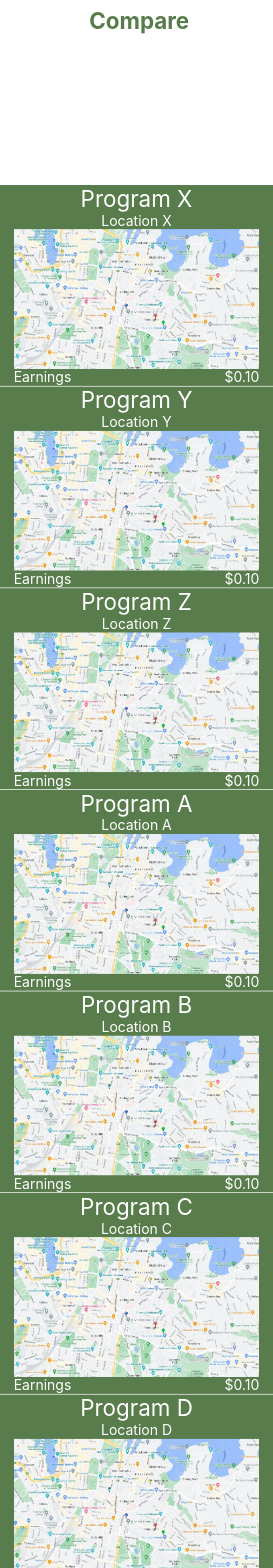
Repository: ct-pham/COMP4511
Screen: / (app in comp4511/)
An editor plug-in stored every save of this project. The screen is shown before and after the next save, followed by the edit.
The pictures show rows 0 to 2240 of an output 2641 px tall, at 70% of full size.
An inner scrolling area shows only its first screen. The app was drawn by React Native's web renderer in a window 390 px wide. The project was rebuilt for these pictures with package versions that can differ from the ones it lists, and the page was loaded fresh each time. Also part of the build but not shown: comp4511/Components/Homepage.js, comp4511/Components/AllEarnings.js, comp4511/Components/ProgramEarnings.js, comp4511/Components/Register.js, comp4511/Components/Login.js.

Above is the screen before, as saved 2022-11-09 19:28:28.

After the next save:
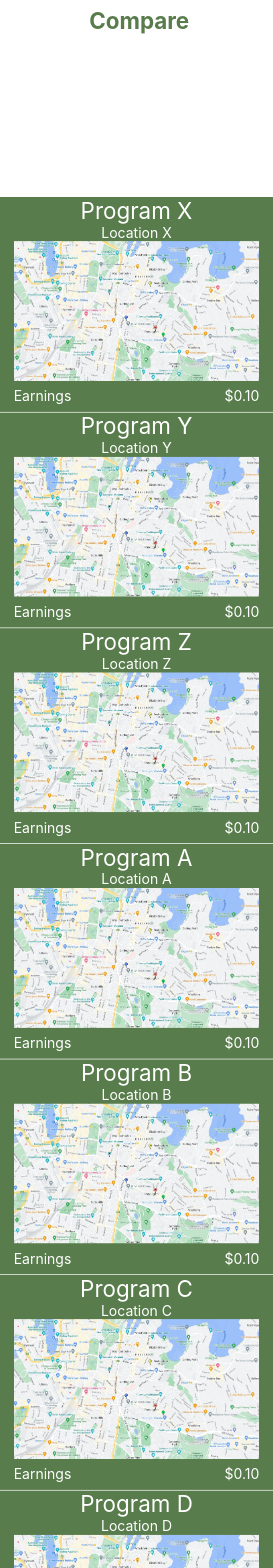
Saved 17 s later.
--- a/comp4511/Components/compareProgram/Items.js
+++ b/comp4511/Components/compareProgram/Items.js
@@ -58,6 +58,8 @@ const styles = StyleSheet.create({
         flexDirection: 'row',
         justifyContent: 'space-between',
         width: '90%',
+        marginTop: 10,
+        marginBottom: 10,
     },
 
     programContainer: {
